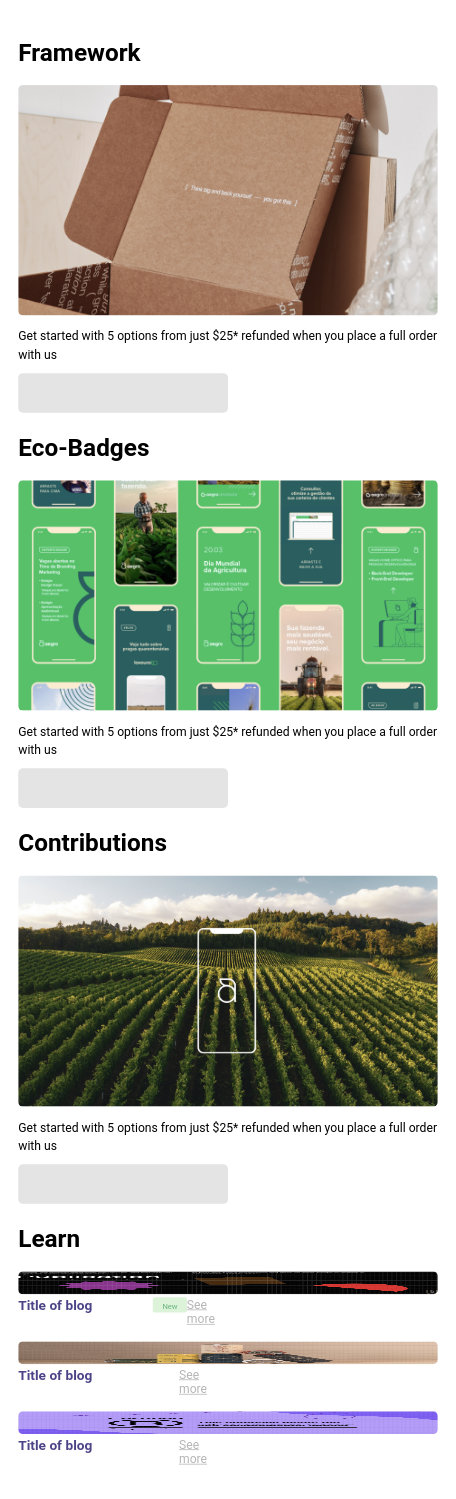
Repository: NguyenMinhKhanhB1909929/Practice_HTML-01
Page: index.html
An editor plug-in stored every save of this project. The page is shown before and after the next save, followed by the edit.
The browser window is 600 px wide. The pictures show the whole page, at 76% of full size.
Some web libraries are served in a nearby version.

Above is the page before, as saved 2022-04-07 20:54:50.

After the next save:
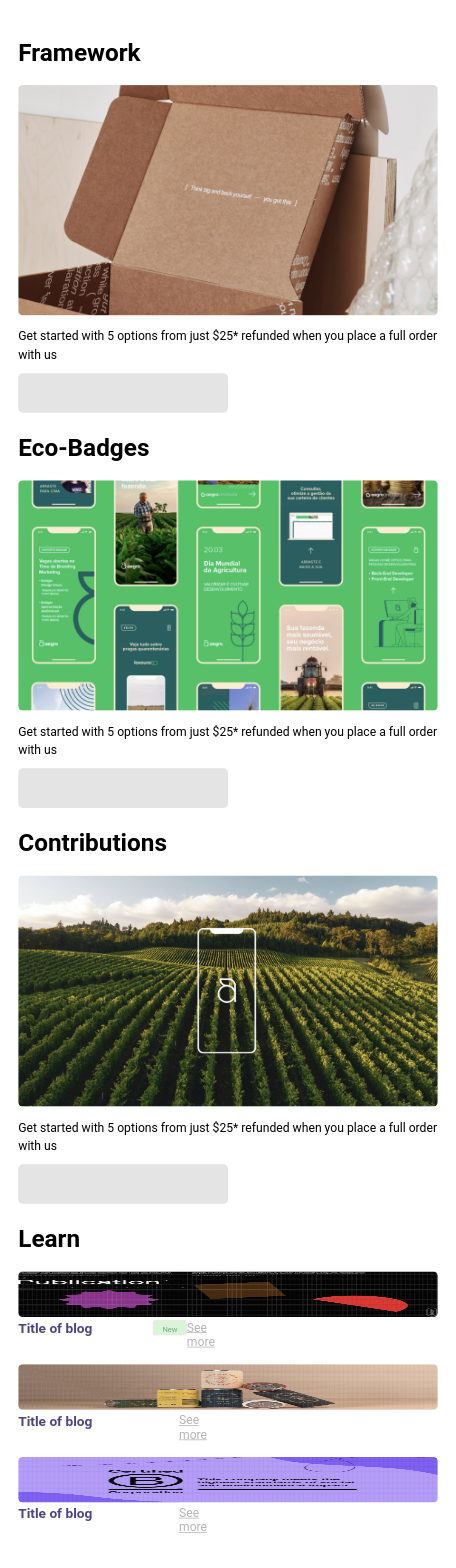
Saved 6 s later.
--- a/asset/style/style.css
+++ b/asset/style/style.css
@@ -396,7 +396,7 @@ a {
   }
   .content-img {
     width: 100%;
-    height: 30px;
+    height: 60px;
   }
   .container__content-group-title-more {
     display: flex;
